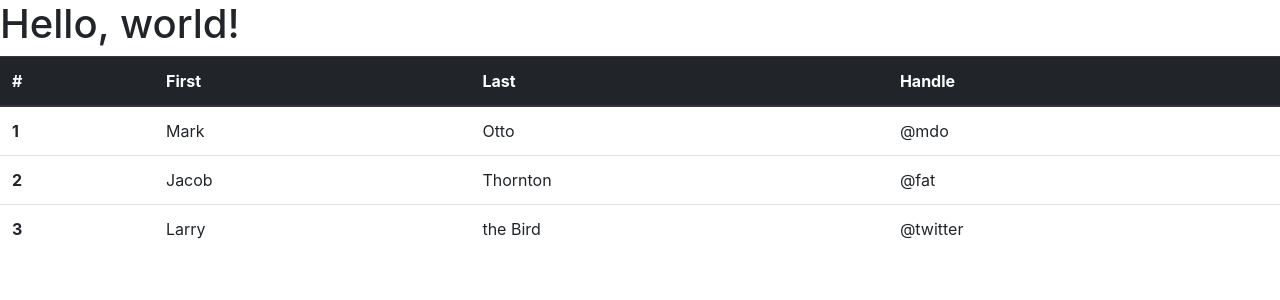
Repository: Sumanhati2002/AdvanceJava
Page: http://localhost/SpringMvc/
These files come from the project's save history. The page is drawn as it stood at one moment and after the next save; the edit follows.
The browser window is 1280 px wide. The pictures show the whole page.
Some web libraries are served in a nearby version. The page is served by Tomcat 9. Other server files are loaded and not shown.

Above is the page before, as saved 2023-03-13 09:40:45.

### SpringMvc/src/main/webapp/index.jsp
<%@ taglib prefix="c" uri="http://java.sun.com/jsp/jstl/core"%>

<!doctype html>
<html lang="en">
<head>
<!-- Required meta tags -->
<meta charset="utf-8">
<meta name="viewport"
	content="width=device-width, initial-scale=1, shrink-to-fit=no">

<!-- Bootstrap CSS -->
<link rel="stylesheet"
	href="https://cdn.jsdelivr.net/npm/bootstrap@4.0.0/dist/css/bootstrap.min.css"
	integrity="sha384-Gn5384xqQ1aoWXA+058RXPxPg6fy4IWvTNh0E263XmFcJlSAwiGgFAW/dAiS6JXm"
	crossorigin="anonymous">

<title>Hello, world!</title>

</head>
<body>
	<h1>Hello, world!</h1>

	<table class="table">
		<thead class="thead-dark">
			<tr>
				<th scope="col">#</th>
				<th scope="col">First</th>
				<th scope="col">Last</th>
				<th scope="col">Handle</th>
			</tr>
		</thead>
		<tbody>
			<tr>
				<th scope="row">1</th>
				<td>Mark</td>
				<td>Otto</td>
				<td>@mdo</td>
			</tr>
			<tr>
				<th scope="row">2</th>
				<td>Jacob</td>
				<td>Thornton</td>
				<td>@fat</td>
			</tr>
			<tr>
				<th scope="row">3</th>
				<td>Larry</td>
				<td>the Bird</td>
				<td>@twitter</td>
			</tr>
		</tbody>
	</table>






	<!-- Optional JavaScript -->
	<!-- jQuery first, then Popper.js, then Bootstrap JS -->
	<script src="https://code.jquery.com/jquery-3.2.1.slim.min.js"
		integrity="sha384-KJ3o2DKtIkvYIK3UENzmM7KCkRr/rE9/Qpg6aAZGJwFDMVNA/GpGFF93hXpG5KkN"
		crossorigin="anonymous"></script>
	<script
		src="https://cdn.jsdelivr.net/npm/popper.js@1.12.9/dist/umd/popper.min.js"
		integrity="sha384-ApNbgh9B+Y1QKtv3Rn7W3mgPxhU9K/ScQsAP7hUibX39j7fakFPskvXusvfa0b4Q"
		crossorigin="anonymous"></script>
	<script
		src="https://cdn.jsdelivr.net/npm/bootstrap@4.0.0/dist/js/bootstrap.min.js"
		integrity="sha384-JZR6Spejh4U02d8jOt6vLEHfe/JQGiRRSQQxSfFWpi1MquVdAyjUar5+76PVCmYl"
		crossorigin="anonymous"></script>
</body>
</html>

After the next save:
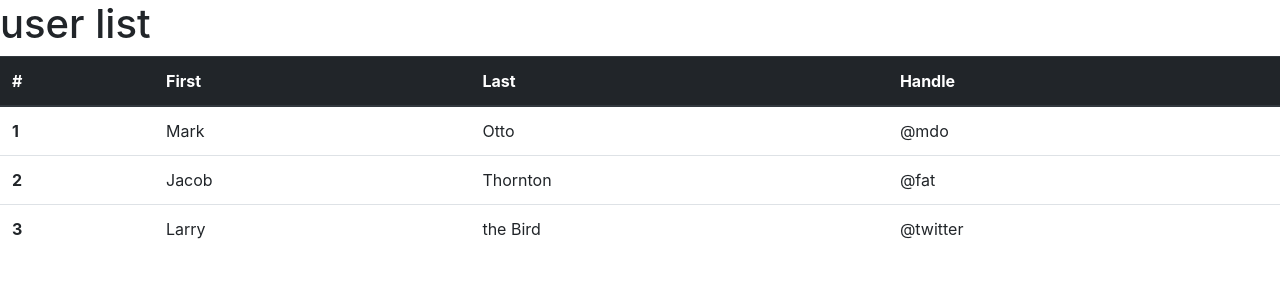
Saved 24 s later.
--- a/SpringMvc/src/main/webapp/index.jsp
+++ b/SpringMvc/src/main/webapp/index.jsp
@@ -18,7 +18,7 @@
 
 </head>
 <body>
-	<h1>Hello, world!</h1>
+	<h1>user list</h1>
 
 	<table class="table">
 		<thead class="thead-dark">
